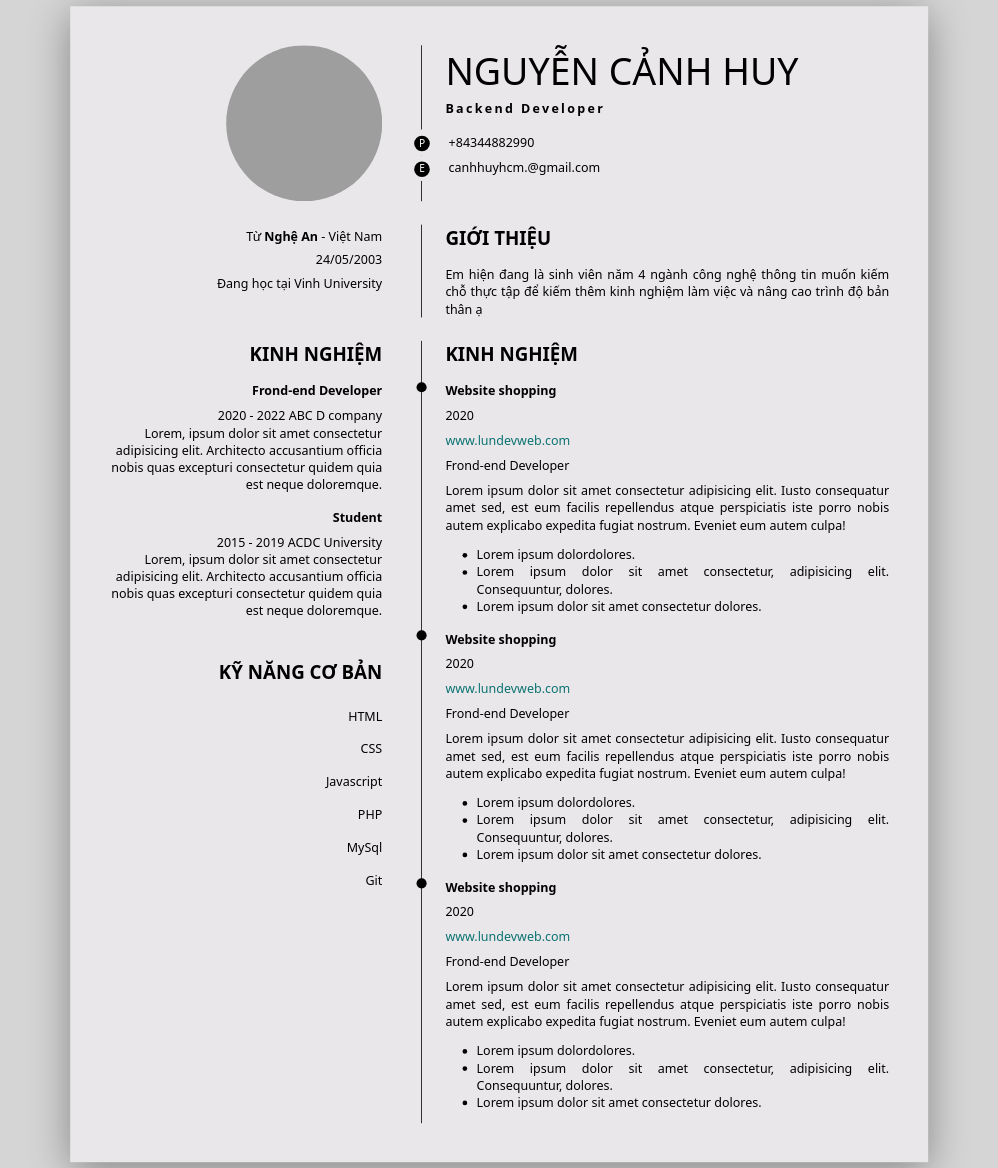
Repository: huycodedie/cv-intern
Page: index.html
These files come from the project's save history. The page is drawn as it stood at one moment and after the next save; the edit follows.
The browser window is 1280 px wide. The pictures show the whole page, at 78% of full size.
Pictures or frames that could not be fetched are drawn as grey boxes.

Above is the page before, as saved 2025-07-05 23:22:22.

After the next save:
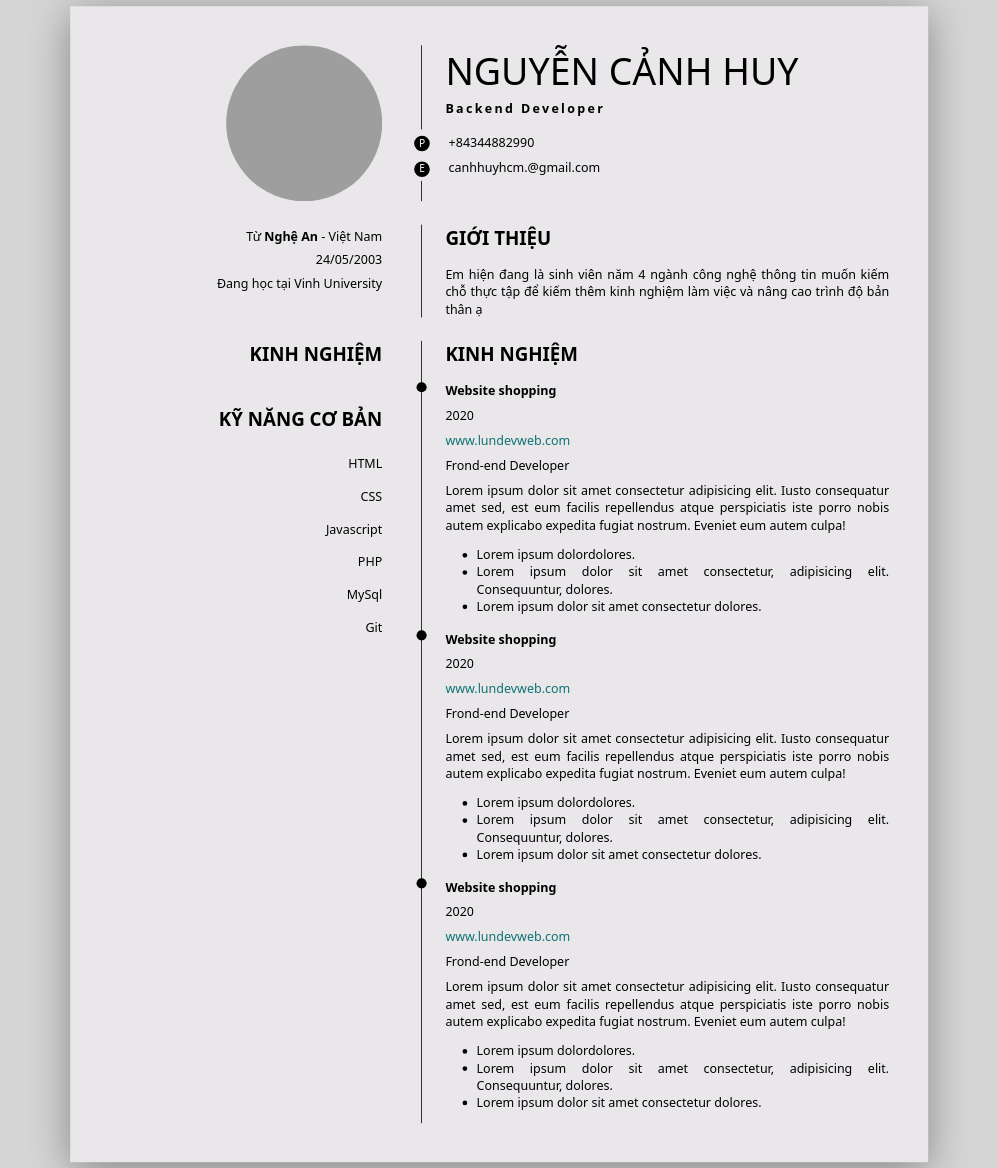
Saved 18 s later.
--- a/index.html
+++ b/index.html
@@ -39,28 +39,6 @@
            </div>
            <div class="experience">
             <h2>KINH NGHIỆM</h2>
-
-            <div class="item">
-                <h4>Frond-end Developer</h4>
-                <div class="time">
-                   <span>2020 - 2022</span>
-                   <span>ABC D company</span>
-                </div>
-                <div class="des">
-                    Lorem, ipsum dolor sit amet consectetur adipisicing elit. Architecto accusantium officia nobis quas excepturi consectetur quidem quia est neque doloremque.
-                </div>
-            </div>
-
-                <div class="item">
-                    <h4>Student</h4>
-                    <div class="time">
-                       <span>2015 - 2019</span>
-                       <span>ACDC University</span>
-                    </div>
-                    <div class="des">
-                        Lorem, ipsum dolor sit amet consectetur adipisicing elit. Architecto accusantium officia nobis quas excepturi consectetur quidem quia est neque doloremque.
-                    </div>
-                </div>
                 <h2 class="skills">
                     KỸ NĂNG CƠ BẢN
                 </h2>
